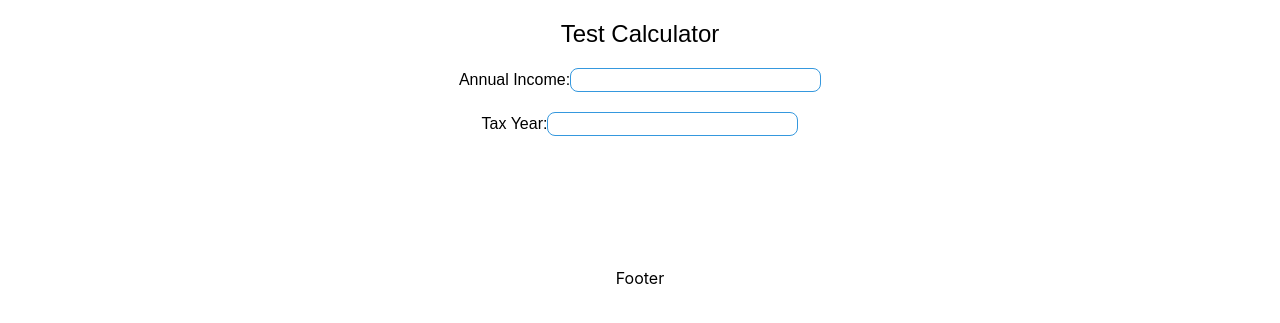
Repository: jbpadilha/taxcalculator
Page: /
The author's editor kept a copy of each file at every save. The page is drawn from the files as they stood at one save, then again after the next save.
The browser window is 1280 px wide. The pictures show the whole page.
The project was rebuilt for these pictures with package versions that can differ from the ones it lists, and the page was loaded fresh each time.

Above is the page before, as saved 2023-06-16 21:07:22.

After the next save:
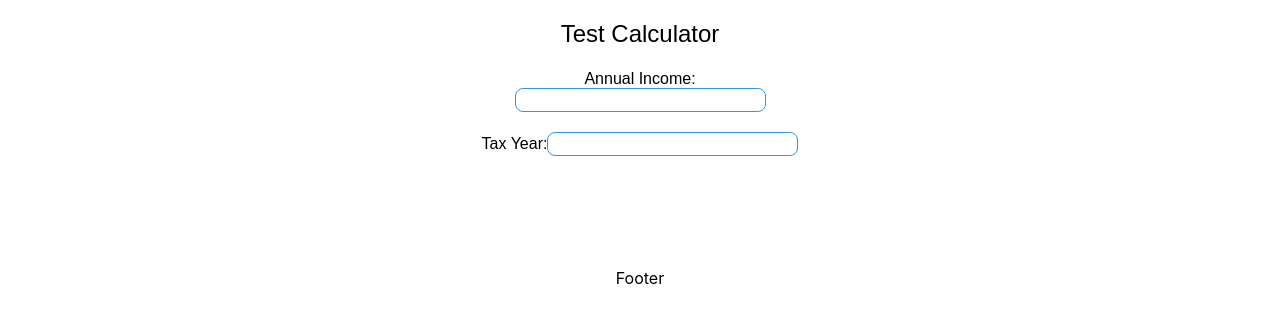
Saved 55 s later.
--- a/src/components/Main.tsx
+++ b/src/components/Main.tsx
@@ -48,8 +48,12 @@ const Main = () => {
             <div style={styles.title}>Test Calculator</div>
             <div style={styles.content}>
                 <div style={styles.contentInput}>
-                    <label htmlFor='income' style={styles.titleInput}>Annual Income:</label>
-                    <input style={styles.input} type="text" id="income" name="income" />
+                    <div>
+                        <label htmlFor='income' style={styles.titleInput}>Annual Income:</label>
+                    </div>
+                    <div>
+                        <input style={styles.input} type="text" id="income" name="income" />
+                    </div>
                 </div>
                 <div style={styles.contentInput}>
                     <label htmlFor='taxYear' style={styles.titleInput}>Tax Year:</label>
